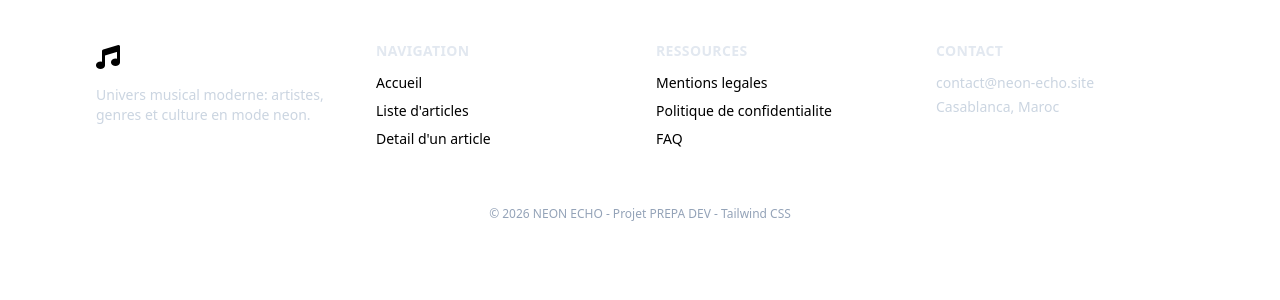
Repository: killerange7-lang/Projet-Tailwind-2026
Page: copie.html
The author's editor kept a copy of each file at every save. The page is drawn from the files as they stood at one save, then again after the next save.
The browser window is 1280 px wide. The pictures show the whole page.
Some web libraries are served in a nearby version.

Above is the page before, as saved 2026-04-19 12:46:16.

After the next save:
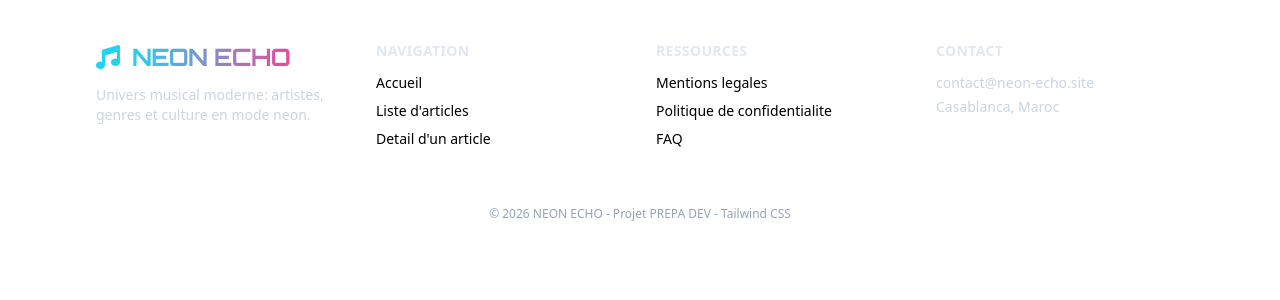
Saved 76 s later.
--- a/copie.html
+++ b/copie.html
@@ -13,6 +13,38 @@
   <script src="https://cdn.tailwindcss.com"></script>
   <link rel="stylesheet" href="https://cdnjs.cloudflare.com/ajax/libs/font-awesome/6.6.0/css/all.min.css" />
 
+  <script>
+    tailwind.config = {
+      darkMode: 'class',
+      theme: {
+        extend: {
+          colors: {
+            primary: '#6b21a8',
+            neoncyan: '#22d3ee',
+            neonmagenta: '#ec4899',
+            neonlime: '#bef575',
+            darkbg: '#0a061f'
+          },
+          fontFamily: {
+            display: ['Orbitron', 'sans-serif'],
+            body: ['Sora', 'sans-serif']
+          },
+          boxShadow: {
+            glow: '0 0 0 1px rgba(34, 211, 238, 0.3), 0 0 25px rgba(236, 72, 153, 0.25)'
+          },
+          keyframes: {
+            floaty: {
+              '0%, 100%': { transform: 'translateY(0px)' },
+              '50%': { transform: 'translateY(-8px)' }
+            }
+          },
+          animation: {
+            floaty: 'floaty 4s ease-in-out infinite'
+          }
+        }
+      }
+    };
+  </script>
    <footer class="border-t border-white/10 bg-white/10 backdrop-blur-md">
       <div class="mx-auto grid max-w-6xl gap-8 px-4 py-10 sm:px-6 md:grid-cols-2 lg:grid-cols-4 lg:px-8">
         <div>
